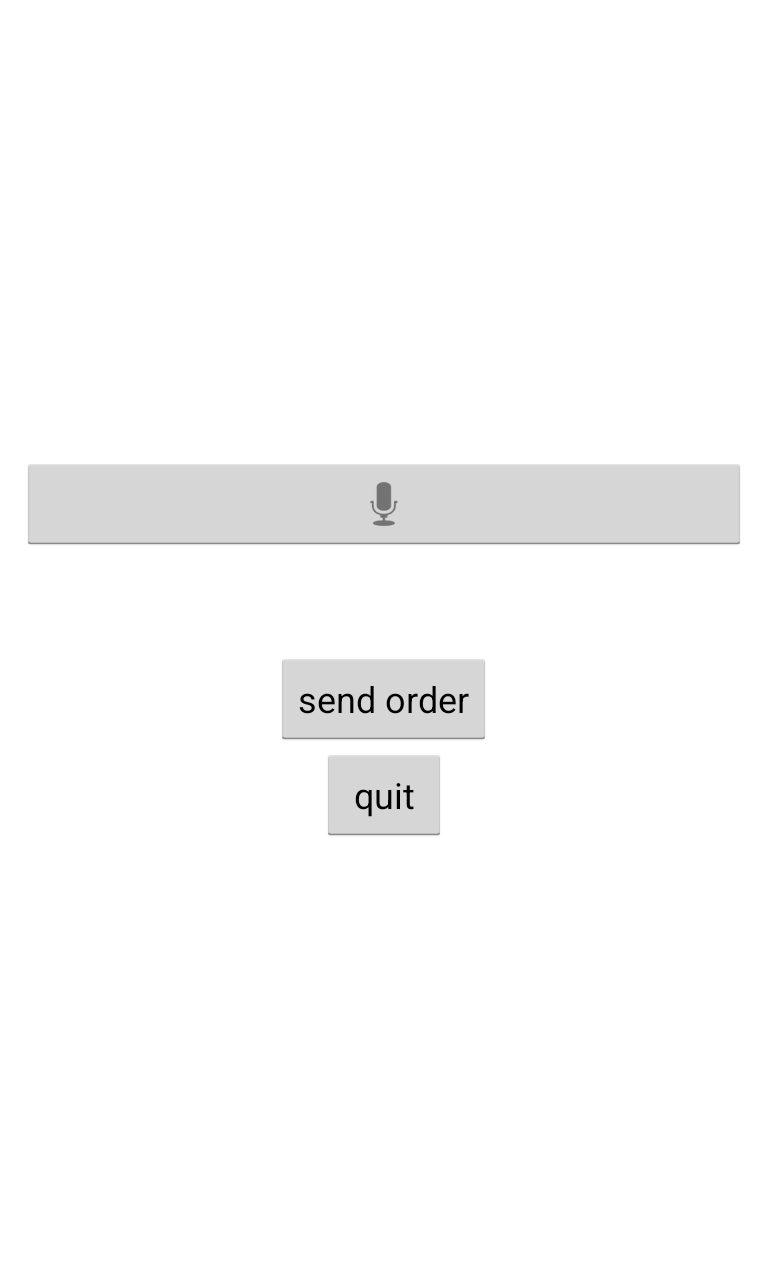
Repository: douglaschan32167/Robot-Waiter
Layout: voiceRecognition/OrderTaker/res/layout/main.xml
These files come from the project's save history. The layout is drawn as it stood at one moment and after a run of saves; the edit follows.
It is drawn on a 768 x 1280 px phone screen (xhdpi) without system bars, with theme AppTheme; the app's code is not run.

Above is the layout before, as saved 2013-11-21 06:17:11.

After the next 2 saves:
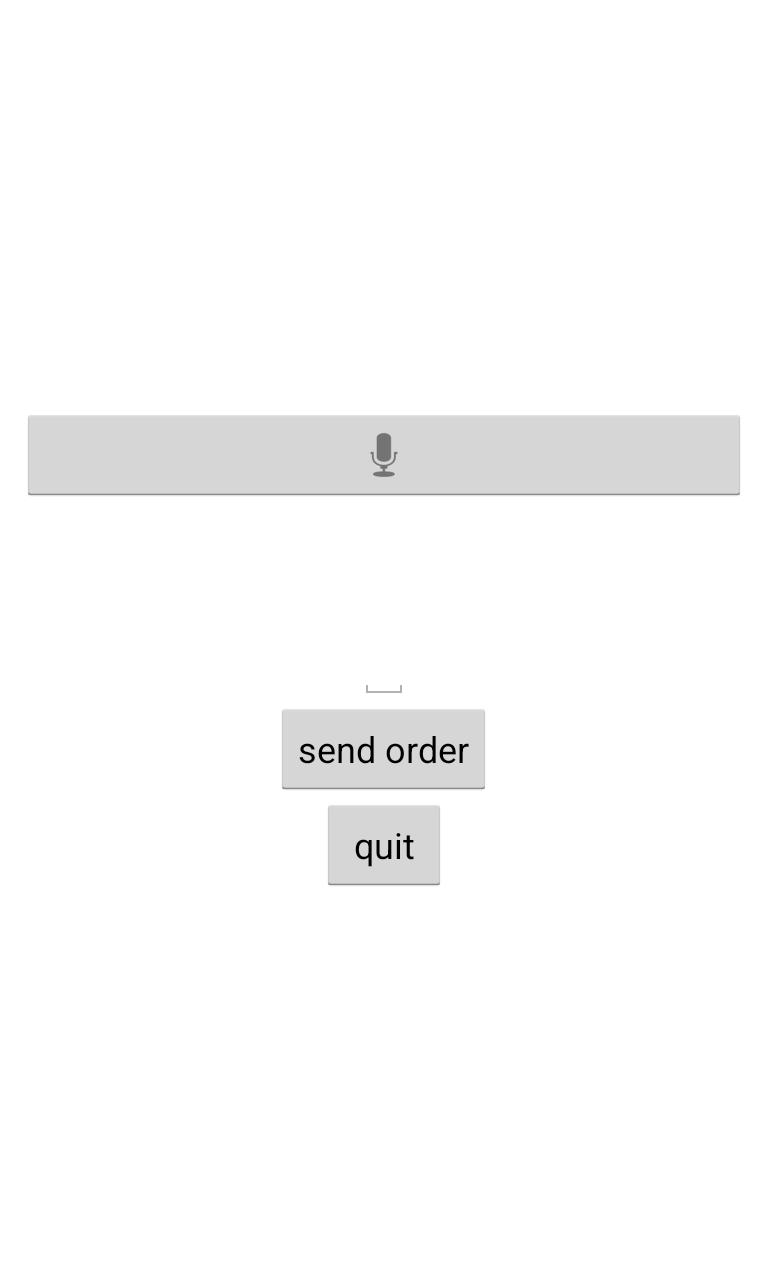
The 2 saves are shown as one change because 1 did not build or start.
The last was saved 16 min 8 s later.
--- a/voiceRecognition/OrderTaker/res/layout/main.xml
+++ b/voiceRecognition/OrderTaker/res/layout/main.xml
@@ -26,6 +26,16 @@
         android:layout_marginTop="10dp"
         android:textAppearance="?android:attr/textAppearanceLarge" />
 
+    <EditText
+        android:id="@+id/ipText"
+        android:layout_width="wrap_content"
+        android:layout_height="wrap_content"
+        android:layout_marginLeft="10dp"
+        android:layout_marginRight="10dp"
+        android:layout_marginTop="10dp"
+        />
+
+
     <Button
         android:id="@+id/sendOrderButton"
         android:layout_width="wrap_content"
